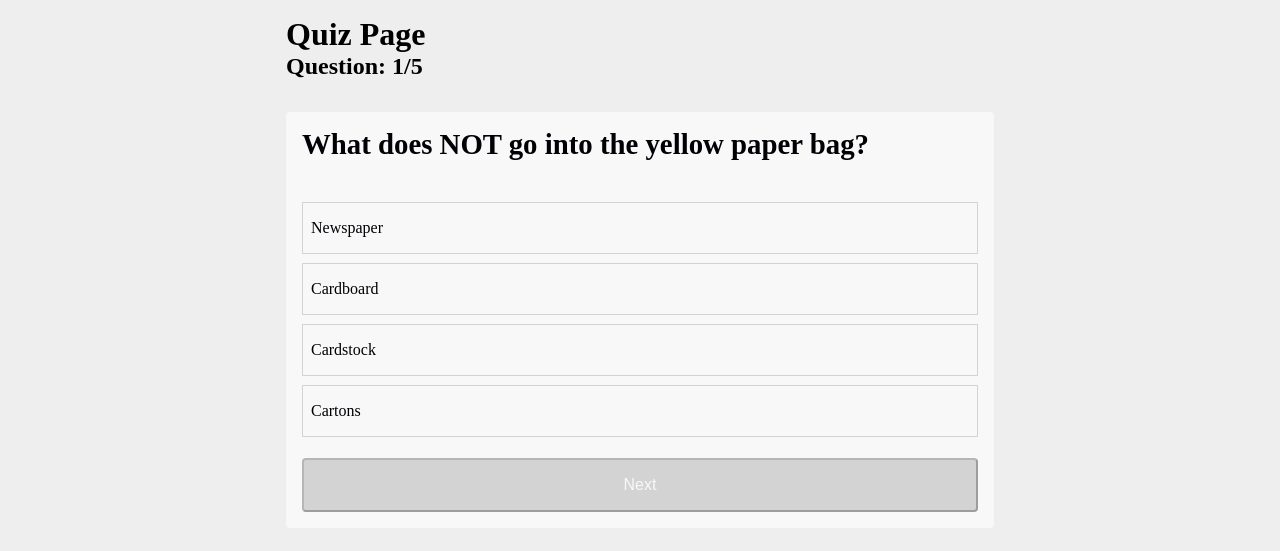
Repository: alemunden/Trash-Scavengers
Page: /quiz
An editor plug-in stored every save of this project. The page is shown before and after the next save, followed by the edit.
The browser window is 1280 px wide. The pictures show the whole page.
The project was rebuilt for these pictures with package versions that can differ from the ones it lists, and the page was loaded fresh each time. The framework's server and built-in components were replaced by stand-ins that run in the browser. Also part of the build but not shown: next.config.mjs.

Above is the page before, as saved 2024-04-07 19:21:38.

After the next save:
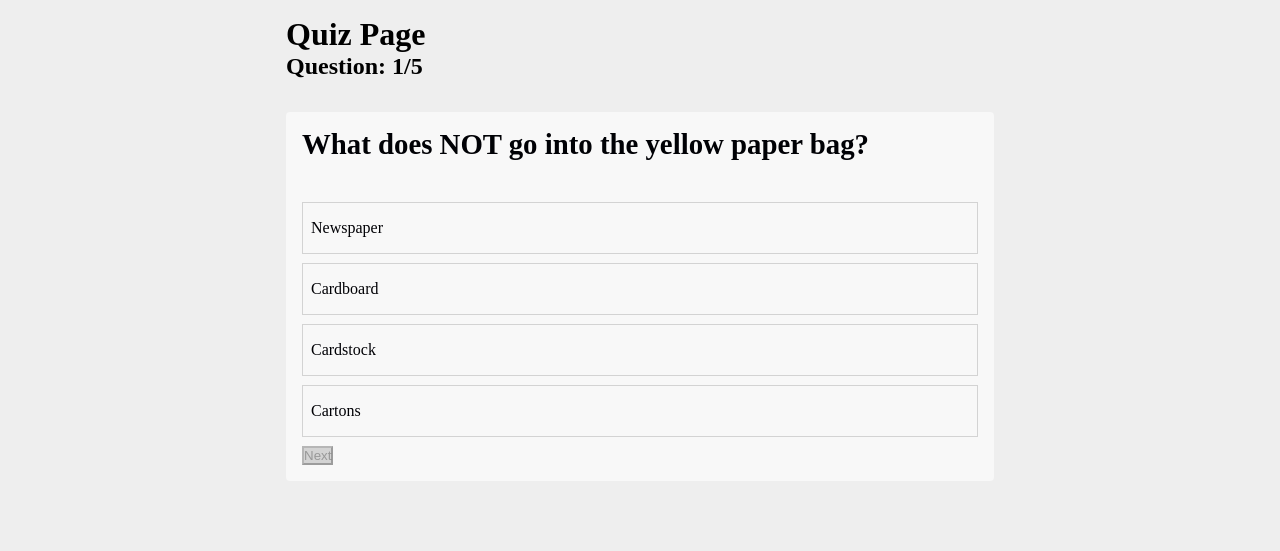
Saved 10 s later.
--- a/styles/globals.css
+++ b/styles/globals.css
@@ -22,17 +22,6 @@ h3 {
     padding-bottom: 2rem;
     color: #000105;
     font-size: 1.8rem;
-}
-
-button {
-    padding: 16px 8px;
-    width: 100%;
-    margin-top: 12px;
-    font-size: 1rem;
-    border-radius: 4px;
-    cursor: pointer;
-    background-color: #808080;
-    color: #f8f8f8;
 }
 
 .btn-disabled {
